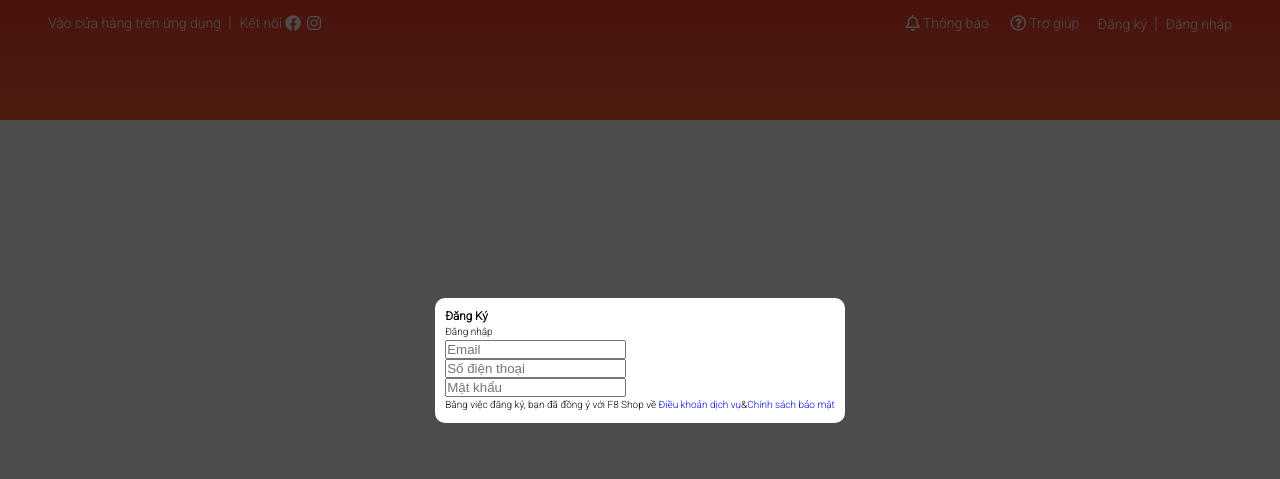
Repository: kebinh1235/Shopee-Demo
Page: index.html
An editor plug-in stored every save of this project. The page is shown before and after the next save, followed by the edit.
The browser window is 1280 px wide. The pictures show the whole page.

Above is the page before, as saved 2021-10-01 22:06:39.

### index.html
<!DOCTYPE html>
<html lang="en">

<head>
  <meta charset="UTF-8">
  <meta http-equiv="X-UA-Compatible" content="IE=edge">
  <meta name="viewport" content="width=device-width, initial-scale=1.0">
  <title>F8 Shop</title>
  <link rel="stylesheet" href="./asset/css/main.css">
  <link rel="stylesheet" href="./asset/css/base.css">
  <link rel="stylesheet" href="https://cdnjs.cloudflare.com/ajax/libs/font-awesome/5.15.4/css/all.min.css">
</head>

<body>
  <div class="app">
    <header class="header">
      <div class="grid">
        <nav class="header__navbar">
          <ul class="header__navbar-list">
            <li class="header__navbar-item header__item-separator">
              Vào cửa hàng trên ứng dụng
              <div class="header__navbar-QRCode">
                <div class="header__navbar-QRCode-img">
                  <img
                    src="https://upload.wikimedia.org/wikipedia/commons/thumb/d/d0/QR_code_for_mobile_English_Wikipedia.svg/1200px-QR_code_for_mobile_English_Wikipedia.svg.png"
                    alt="">
                </div>
                <div class="header__navbar-QRCode-social">
                  <a class="header__navbar-QRCode-link" href="#">
                    <i class="fab fa-google header__navbar-QRCode-icon-google"></i>
                    <span class="header__navbar-QRCode-title-google">Google</span>
                  </a>
                  <a class="header__navbar-QRCode-link" href="#">
                    <i class="fab fa-facebook header__navbar-QRCode-icon-facebook"></i>
                    <span class="header__navbar-QRCode-title-facebook">Facebook</span>
                  </a>
                </div>
              </div>
            </li>
            <li class="header__navbar-item">
              <span class="user__select-none">Kết nối</span>
              <a class="header__navbar-link-icon" href="#">
                <i class="fab fa-facebook header__navbar-icon"></i>
              </a>
              <a class="header__navbar-link-icon" href="#">
                <i class="fab fa-instagram header__navbar-icon"></i>
              </a>
            </li>
          </ul>
          <ul class="header__navbar-list">
            <li class="header__navbar-item">
              <a href="#" class="header__navbar-link">
                <i class="far fa-bell header__navbar-icon"></i>
                Thông báo
              </a>
              <div class="header__navbar-notification">
                <div class="header__navbar-noti-heading">
                  <h3>Thông báo nhận hàng</h3>
                </div>
                <ul class="header__navbar-noti-list">
                  <li class="header__navbar-noti-list-item header__navbar-noti-list-viewd">
                    <a class="header__navbar-noti-list-link" href="#">
                      <img src="https://www.oberlo.com/media/1603958036-new-products.jpg" alt="">
                      <div class="header_navbar-noti-content">
                        <span class="header_navbar-noti-name">Xác thực chính hãng nguồn gốc các sản phẩm Ohui</span>
                        <span class="header_navbar-noti-description">Xác thực chính hãng nguồn gốc các sản phẩm
                          Ohui</span>
                      </div>
                    </a>
                  </li>
                  <li class="header__navbar-noti-list-item header__navbar-noti-list-viewd">
                    <a class="header__navbar-noti-list-link" href="#">
                      <img src="https://www.oberlo.com/media/1603958036-new-products.jpg" alt="">
                      <div class="header_navbar-noti-content">
                        <span class="header_navbar-noti-name">Xác thực chính hãng nguồn gốc các sản phẩm Ohui</span>
                        <span class="header_navbar-noti-description">Xác thực chính hãng nguồn gốc các sản phẩm
                          Ohui</span>
                      </div>
                    </a>
                  </li>
                  <li class="header__navbar-noti-list-item">
                    <a class="header__navbar-noti-list-link" href="#">
                      <img src="https://www.oberlo.com/media/1603958036-new-products.jpg" alt="">
                      <div class="header_navbar-noti-content">
                        <span class="header_navbar-noti-name">Xác thực chính hãng nguồn gốc các sản phẩm Ohui</span>
                        <span class="header_navbar-noti-description">Xác thực chính hãng nguồn gốc các sản phẩm
                          Ohui</span>
                      </div>
                    </a>
                  </li>
                </ul>
                <div class="header__navbar-noti-footer">
                  <a class="header__navbar-noti-footer-link" href="#">Xem tất cả</a>
                </div>
              </div>
            </li>
            <li class="header__navbar-item">
              <a href="#" class="header__navbar-link">
                <i class="far fa-question-circle header__navbar-icon"></i>
                Trợ giúp
              </a>
            </li>
            <li class="header__navbar-item">
              <a href="#" class="header__navbar-link header__item-bold header__item-separator">Đăng ký</a>
            </li>
            <li class="header__navbar-item">
              <a href="#" class="header__navbar-link header__item-bold">Đăng nhập</a>
            </li>
          </ul>
        </nav>
      </div>
    </header>

    <div class="container">

    </div>

    <div class="footer">

    </div>
    <!--Modal-->
    <div class="modal">
      <div class="modal__overlay"></div>
      <div class="modal__body">
        <div class="modal__inner">
          <div class="auth__form">
            <div class="auth__form-header">
                <h3 class="auth__form-heading">Đăng Ký</h3>
                <span class="authb__form-btn-switch">Đăng nhập</span>
            </div>
            <div class="auth__form-form">
              <div class="auth__form-group">
                <input class="auth__form-input" type="text" placeholder="Email">
              </div>
              <div class="auth__form-group">
                <input class="auth__form-input" type="text" placeholder="Số điện thoại">
              </div>
              <div class="auth__form-group">
                <input class="auth__form-input" type="text" placeholder="Mật khẩu">
              </div>
            </div>
            <div class="auth__form-note">
              <span>
                Bằng việc đăng ký, bạn đã đồng ý với F8 Shop về
                <a class="auth__form-note-link" href="#">Điều khoản dịch vụ</a>&<a class="auth__form-note-link" href="#">Chính sách bảo mật</a>
              </span>
            </div>
            <div class="auth__form-controls">

            </div>
            <div class="auth__form-social">

            </div>
          </div>
        </div>
      </div>
    </div>
  </div>
</body>

</html>

### asset/css/main.css
.header {
  height: 120px;
  background: linear-gradient(0, #fe6433, #f53e2d)
}
.header__navbar {
  display: flex;
  justify-content: space-between;
  padding: 10px 0;
}
.header__navbar-QRCode{
  background: white;
  height: 200px;
  position: absolute;
  top: 30px;
  padding: 10px;
  display: none;
  animation: fadeIn ease-out .8s;
}
.header__navbar-item:hover .header__navbar-QRCode {
  display: block;
}
.header__navbar-item:hover .header__navbar-notification {
  display: block;
}
.header__navbar-QRCode-img{
  width: 160px;
}
.header__navbar-QRCode-img img {
  width: 100%;
}
.header__navbar-QRCode-social {
  display: flex;
  align-items: center;
  justify-content: space-between;
}
.header__navbar-QRCode-social:before {
  content: '';
  position: absolute;
  top: -8px;
  left: 0;
  width: 100%;
  height: 10px;
  background: transparent;
}
.header__navbar-QRCode-link {
  font-size: 1.4rem;
  color: var(--text-color);
}
.header__navbar-QRCode-title-google:hover {
  color: #ff1100;
  transition: var(--transition-primary);
}
.header__navbar-QRCode-title-facebook:hover {
  color: blue;
  transition: var(--transition-primary);
}
.header__navbar-QRCode-icon-google {
  color: #ff1100;
}
.header__navbar-QRCode-icon-facebook {
  color: blue;
}
.header__navbar-list {
  list-style: none;
}
.header__navbar-item {
  margin: 0 8px;
  position: relative;
  min-height: 26px;
}
.header__item-separator::after {
  content: '';
  position: absolute;
  right: -10px;
  top: 50%;
  transform: translateY(-50%);
  height: 12px;
  border: 1px solid #FB9086;
}
.header__navbar-item,
.header__navbar-link {
  display: inline-block;
  font-size: 1.4rem;
  color: var(--white-color);
  text-decoration: none;
  font-weight: 300;
}
.header__navbar-item:hover,
.header__navbar-link:hover,
.header__navbar-link-icon:hover {
  cursor: pointer;
  color: rgba(255, 255, 255, 0.7);
}
.header__navbar-item,
.header__navbar-link,
.header__navbar-link-icon {
  display: inline-flex;
  align-items: center;
}
.header__navbar-link-icon {
  color: var(--white-color);
}
.header__navbar-icon {
  font-size: 1.6rem;
  margin: 0 3px;
}
.header__item-bold {
  font-weight: 500;
}
.user__select-none {
  cursor: text;
  color: var(--white-color);
}
.header__navbar-notification{
  position: absolute;
  top: 35px;
  right: 0;
  width: 404px;
  background: var(--white-color);
  display: none;
  box-shadow: rgba(0, 0, 0, 0.16) 0px 1px 4px;
  animation: growthUp ease-in .3s;
  will-change: opacity, transform, scale;
  transform-origin: calc(100% - 20px) top;
}
.header__navbar-notification:before {
  content: "";
  position: absolute;
  top: -10px;
  right: 0;
  width: 100%;
  background: transparent;
  height: 15px;
}
.header__navbar-notification:after {
  content: "";
  position: absolute;
  top: -32px;
  right: 10px;
  border: 20px solid #000;
  border-color: transparent transparent var(--white-color) transparent;
}
.header__navbar-noti-heading{
  padding: 10px;
  box-shadow: rgba(0, 0, 0, 0.16) 0px 1px 4px;
  cursor: default;
}
.header__navbar-noti-heading h3 {
  font-size: 1.6rem;
  color: var(--text-color);
}
.header__navbar-noti-list{
  list-style: none;
  box-shadow: rgba(0, 0, 0, 0.16) 0px 1px 1px;
}
.header__navbar-noti-list-item{
  padding: 8px 10px;
}
.header__navbar-noti-list-viewd{
  background: #ffe3e3;
}
.header__navbar-noti-list-item:hover{
  background: #f3c8c8;
  transition: var(--transition-primary);
}
.header__navbar-noti-list-link{
  display: inline-flex;
  align-items: center;
}
.header__navbar-noti-list-link img{
  width: 60px;
  object-fit: contain;
}
.header_navbar-noti-content{
  padding-left: 10px;
}
.header_navbar-noti-name{
  font-size: 1.4rem;
  font-weight: bold;
  color: var(--text-color);
  margin-bottom: 5px;
  line-height: 2rem;
  text-align: justify;
  display: block;
}
.header_navbar-noti-description{
  font-size: 1.3rem;
  color: var(--text-color-rgb-black);
  display: block;
}
.header__navbar-noti-footer{
  padding: 10px;
  text-align: center;
  box-shadow: rgba(0, 0, 0, 10px) 0px 1px 1px;
}
.header__navbar-noti-footer-link{
  color: var(--text-color-rgb-black);
}

/*Start Modal*/
.modal{
  position: fixed;
  /* top: 0;
  right: 0;
  bottom: 0;
  left: 0; */
  inset: 0;
  display: flex;
}
.modal__overlay{
  position: absolute;
  width: 100%;
  height: 100%;
  background: rgba(0, 0, 0, 0.7);
}
.modal__body{
  margin: auto;
  background: var(--white-color);
  overflow: hidden;
  z-index: 1;
  border-radius: 10px;
}
.modal__inner{
  padding: 10px;
}
.auth__form{

}
.auth__form-header{

}
.auth__form-heading{

}
.authb__form-btn-switch{

}
.auth__form-form{

}
.auth__form-group{

}
.auth__form-note{

}
.auth__form-controls{

}
.auth__form-social{

}

/*End Modal*/

### asset/css/base.css
@import url('https://fonts.googleapis.com/css2?family=Roboto:wght@300&display=swap');
:root {
  --white-color: #fff;
  --black-color: #000;
  --text-color: #333;
  --text-color-rgb-black: rgba(0, 0, 0, 0.7);
  --transition-primary: all .2s linear;
}

* {
  margin: 0;
  padding: 0;
  box-sizing: inherit;
  text-decoration: none;
}

html {
  font-size: 62.5%;
  line-height: 1.6rem;
  border: none;
  outline: none;
  overflow: hidden;
  box-sizing: border-box;
  font-family: 'Roboto', sans-serif;
}

.grid {
  width: 1200px;
  max-width: 100%;
  margin: 0 auto;
}

.grid__full-width {
  width: 100%;
}

.grid__row {
  display: flex;
  flex-wrap: wrap;
}

/*Animation*/
@keyframes fadeIn {
  0% {
    opacity: 0;
  }
  100% {
    opacity: 1;
  }
}

@keyframes growthUp {
  0% {
    opacity: 0;
    transform: scale(0);
  }
  100% {
    opacity: 1;
    transform: scale(1);
  }
}

After the next save:
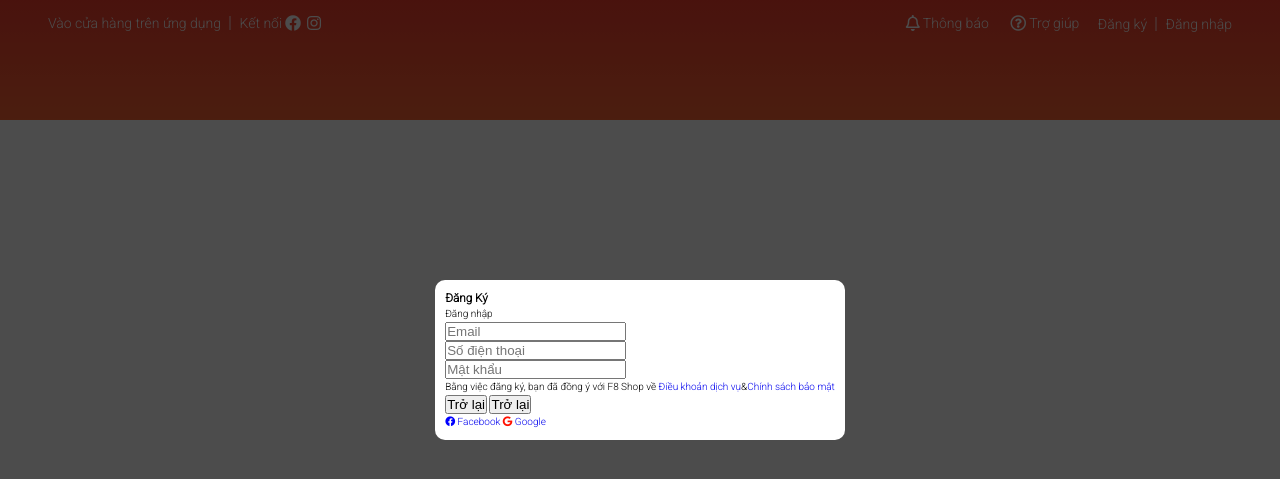
Saved 2 min 31 s later.
--- a/index.html
+++ b/index.html
@@ -146,10 +146,18 @@
               </span>
             </div>
             <div class="auth__form-controls">
-
+              <button class="btn">Trở lại</button>
+              <button class="btn btn-primary">Trở lại</button>
             </div>
             <div class="auth__form-social">
-
+              <a href="#" class="btn btn-with-icon">
+                <i class="fab fa-facebook header__navbar-QRCode-icon-facebook"></i>
+                Facebook
+              </a>
+              <a href="#" class="btn btn-with-icon">
+                <i class="fab fa-google header__navbar-QRCode-icon-google"></i>
+                Google
+              </a>
             </div>
           </div>
         </div>
